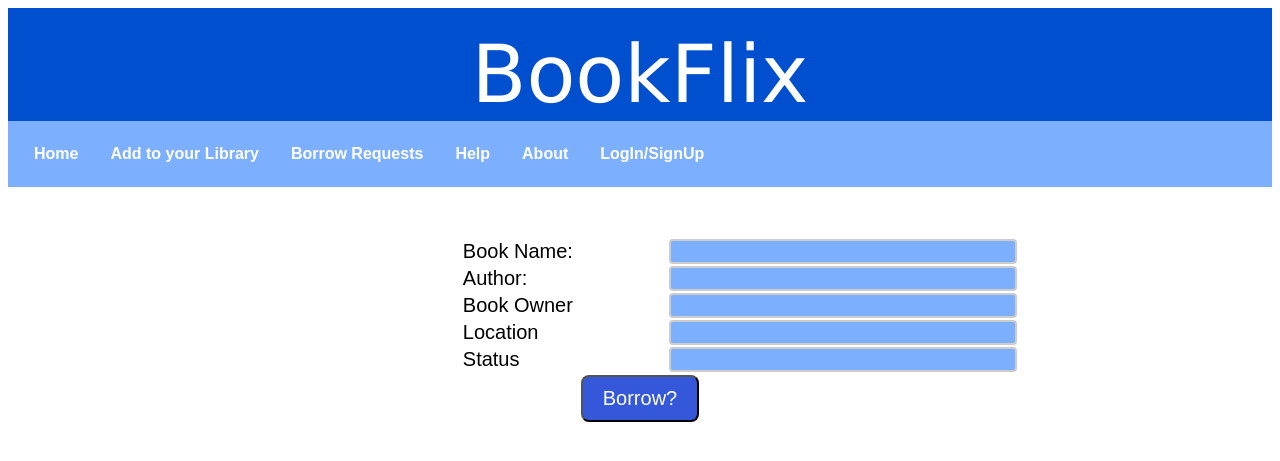
Repository: dan-10/Deloitte
Page: http://localhost/BookFlix/WEB-INF/views/status.jsp
These files come from the project's save history. The page is drawn as it stood at one moment and after the next save; the edit follows.
The browser window is 1280 px wide. The pictures show the whole page.
The page is served by Tomcat 9. Nobody is signed in. Other server files are loaded and not shown. The template is opened directly, without the code that normally fills it, so the values that code supplies are empty.

Above is the page before, as saved 2019-08-09 04:56:31.

### DeloitteTrainig/Final Project BookFlix/BookFlix/src/main/webapp/WEB-INF/views/status.jsp

<%@ page language="java" contentType="text/html; charset=ISO-8859-1"
    pageEncoding="ISO-8859-1"%>
<%@ taglib uri="http://www.springframework.org/tags/form" prefix="f" %>
<%@ taglib uri="http://java.sun.com/jsp/jstl/core" prefix="c" %>

<!DOCTYPE html>
<html>
	<head>
		<meta charset="ISO-8859-1">
		<title>BookFlix</title>
		<style type="text/css"><%@include file="/WEB-INF/views/styles/homeStyles.css" %></style>
		<style>

	.AddBookForm {
	grid-area: AddBookForm;
	font-family: Arial;
	font-size: 20px;
	font-weight: lighter;
	padding-top: 50px;
	text-align: center;
	}

	.butn {
  -webkit-border-radius: 8;
  -moz-border-radius: 8;
  border-radius: 8px;
  font-family: Arial;
  color: #ffffff;
  font-size: 20px;
  background: #3458d9;
  padding: 10px 20px 10px 20px;
  text-decoration: none;
}

.butn:hover {
  background: #6672de;
  text-decoration: none;
}

.td1{

	width: 20%;
	padding-left: 200px;

}

.td {
  color: white;
  width: 25%;
  box-sizing: border-box;
  border: 2px solid #ccc;
  border-radius: 4px;
  font-size: 16px;
  background-color: #7dafff;
  padding-bottom: 10px;
  padding-top:10px;
  padding-left:12px;

}
		</style>
	</head>

	<body>
		<div class="grid-container">
		  <div class="Header">
		  	<div class="heading">
		  		<center>BookFlix</center>
		  	</div>
		  </div>
		  <div class="Navigation">
			<div class="navbar">
				<a href="/home">Home</a>
				<a href="/addBook">Add to your Library</a>
				<a href="/borrow">Borrow Requests</a>
				<a href="/help">Help</a>
				<a href="/about">About</a>
				<a href="/validate">LogIn/SignUp</a>
				<c:if test="${!empty userName}">
					<div class="dropdown">
						<button class="dropbtn">${userName}
							<i class="fa fa-caret-down"></i>
						</button>
						<div class="dropdown-content">
							<a href="/myBooks">My Library</a>
							<a href="/logout">LogOut</a>
						</div>
					</div>
				</c:if>
			</div>
		  </div>
		  </div>

		 <!-- Book and user details area  -->
		 <div class="AddBookForm">
				<center>

					<f:form>
						<table width="60%">
							<tr>
								<td class = "td1">Book Name:</td>
								<td class = "td">${bookname}</td>
							</tr>

							<tr>
								<td class = "td1">Author:</td>
								<td class = "td">${author}</td>
							</tr>
							<tr>
								<td class = "td1">Book Owner</td>
								<td class = "td">${owner}</td>
							</tr>
							<tr>
								<td class = "td1">Location</td>
								<td class = "td">${location}</td>
							</tr>
							<tr>
								<td class = "td1">Status</td>
								<td class = "td">${status}</td>
							</tr>
							<tr >
								<td colspan="2" align="center"><button type ="submit" value = "Add Book" class="butn">Borrow?</button></td>
							</tr>
						</table>
					</f:form>
				</center>
			</div>
	</body>
</html>

### DeloitteTrainig/Final Project BookFlix/BookFlix/src/main/webapp/WEB-INF/views/styles/homeStyles.css
.grid-container {
	grid-template-rows: repeat(auto-fill, minmax(100px, 1fr));
	display: grid;
	grid-template-columns: 1fr 1fr 1fr 1fr 1fr 1fr 1fr 1fr 1fr 1fr 1fr 1fr;
	grid-template-areas: "Header Header Header Header Header Header Header Header Header Header Header Header" "Header Header Header Header Header Header Header Header Header Header Header Header" "Navigation Navigation Navigation Navigation Navigation Navigation Navigation Navigation Navigation Navigation Navigation Navigation" ". SearchPanel SearchPanel SearchPanel SearchPanel SearchPanel SearchPanel SearchPanel SearchPanel SearchPanel SearchPanel ." ". SearchResults SearchResults SearchResults SearchResults SearchResults SearchResults SearchResults SearchResults SearchResults SearchResults ." ". SearchResults SearchResults SearchResults SearchResults SearchResults SearchResults SearchResults SearchResults SearchResults SearchResults ." ". SearchResults SearchResults SearchResults SearchResults SearchResults SearchResults SearchResults SearchResults SearchResults SearchResults ." ". SearchResults SearchResults SearchResults SearchResults SearchResults SearchResults SearchResults SearchResults SearchResults SearchResults ." ". . . . . . . . . . . ." ". . . . . . . . . . . ." ". . . . . . . . . . . .";
}

.Header {
	grid-area: Header;
	background-color: #004fcf;
	font-family: Arial;
	color: #ffffff;
}

.Navigation {
	grid-area: Navigation;
	background-color: #7dafff;
	font-family: Arial;
	color: #ffffff;
	font-size: large;
	padding-top: 10px;
	padding-left: 10px;
	padding-right: 10px;
	padding-bottom: 10px;
}

.SearchPanel {
	grid-area: SearchPanel;
	font-family: Arial;
	font-size: 20px;
	padding-top: 20px;
}

.SearchResults {
	grid-area: SearchResults;
	font-family: Arial;
	font-size: 18px;
	font-weight: lighter;
}

.butn {
  -webkit-border-radius: 8;
  -moz-border-radius: 8;
  border-radius: 8px;
  font-family: Arial;
  color: #ffffff;
  font-size: 20px;
  background: #3458d9;
  padding: 10px 20px 10px 20px;
  text-decoration: none;
}

.butn:hover {
  background: #6672de;
  text-decoration: none;
}

input[type=text] {
  width: 50%;
  box-sizing: border-box;
  border: 2px solid #ccc;
  border-radius: 4px;
  font-size: 16px;
  background-color: white;
  padding: 12px 20px 12px 40px;
}

input[type=text]:focus {
  width: 100%;
  box-sizing: border-box;
  border: 2px solid #ccc;
  border-radius: 4px;
  font-size: 16px;
  background-color: white;
  padding: 12px 20px 12px 40px;
}

.heading{
	font-family: Verdana;
	font-size: 80px;
	font-weight: lighter;
	padding-top: 20px;
}

.b1{
	font-family: Verdana;
	font-size: 40px;
	font-weight: lighter;
	padding-top: 50px;
}

.b2{
	font-family: Verdana;
	font-size: 10px;
	font-weight: lighter;
	padding-top: 20px;
}

body {
  font-family: Arial, Helvetica, sans-serif;
}

.navbar {
  overflow: hidden;
  background-color: #7dafff;
  font-weight: bold;
}

.navbar a {
  float: left;
  font-size: 16px;
  color: white;
  text-align: center;
  padding: 14px 16px;
  text-decoration: none;

}

.dropdown {
  float: left;
  overflow: hidden;
}

.dropdown .dropbtn {
  font-size: 16px;
  border: none;
  outline: none;
  color: white;
  padding: 14px 16px;
  background-color: inherit;
  font-family: inherit;
  margin: 0;
}

.navbar a:hover, .dropdown:hover .dropbtn {
  background-color: #3458d9;
}

.dropdown-content {
  display: none;
  position: absolute;
  background-color: #f9f9f9;
  min-width: 160px;
  box-shadow: 0px 8px 16px 0px rgba(0,0,0,0.2);
  z-index: 1;
}

.dropdown-content a {
  float: none;
  color: black;
  padding: 12px 16px;
  text-decoration: none;
  display: block;
  text-align: left;
}

.dropdown-content a:hover {
  background-color: #ddd;
}

.dropdown:hover .dropdown-content {
  display: block;
}

After the next save:
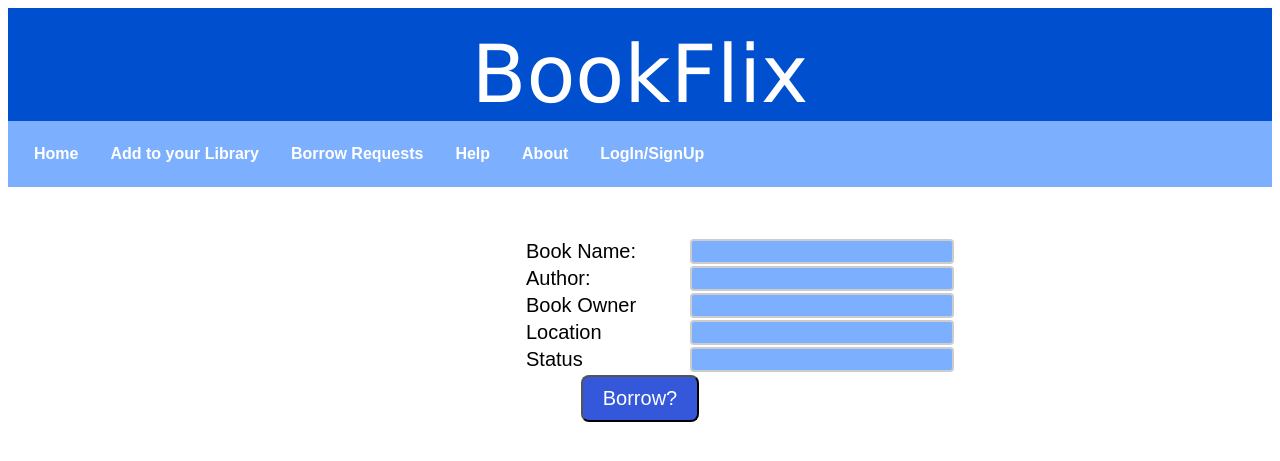
Saved 14 s later.
--- a/DeloitteTrainig/Final Project BookFlix/BookFlix/src/main/webapp/WEB-INF/views/status.jsp
+++ b/DeloitteTrainig/Final Project BookFlix/BookFlix/src/main/webapp/WEB-INF/views/status.jsp
@@ -96,7 +96,7 @@
 				<center>
 
 					<f:form>
-						<table width="60%">
+						<table width="50%">
 							<tr>
 								<td class = "td1">Book Name:</td>
 								<td class = "td">${bookname}</td>
